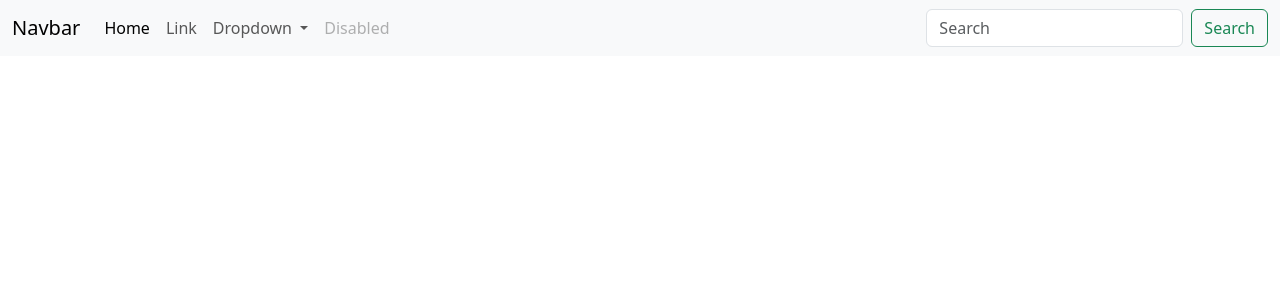
Repository: Qu4ntumGuy/flask-notes
Page: http://localhost/
An editor plug-in stored every save of this project. The page is shown before and after the next save, followed by the edit.
The browser window is 1280 px wide. The pictures show the whole page.
The page is served by the project's application, run on Flask 3 (website/__init__.py).

Above is the page before, as saved 2024-05-30 18:55:25.

After the next save:
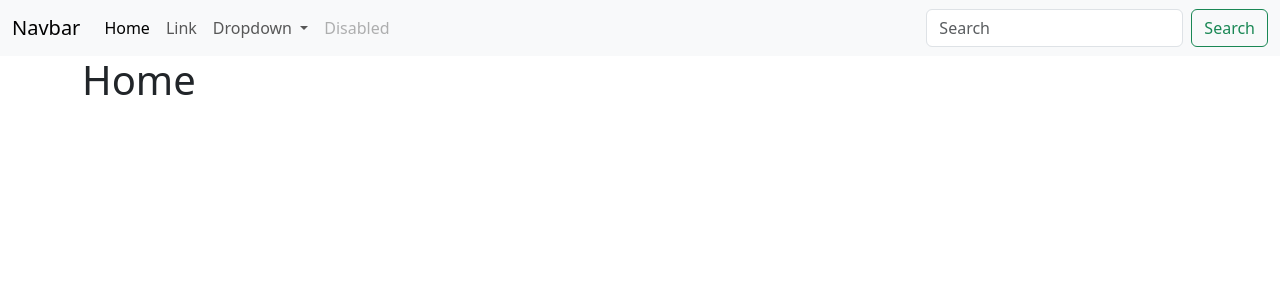
Saved 10 s later.
--- a/website/templates/home.html
+++ b/website/templates/home.html
@@ -1 +1,5 @@
 {%extends "index.html" %} {% block title %} Changed {% endblock %}
+
+{% block content %}
+<h1>Home</h1>
+{% endblock %}
